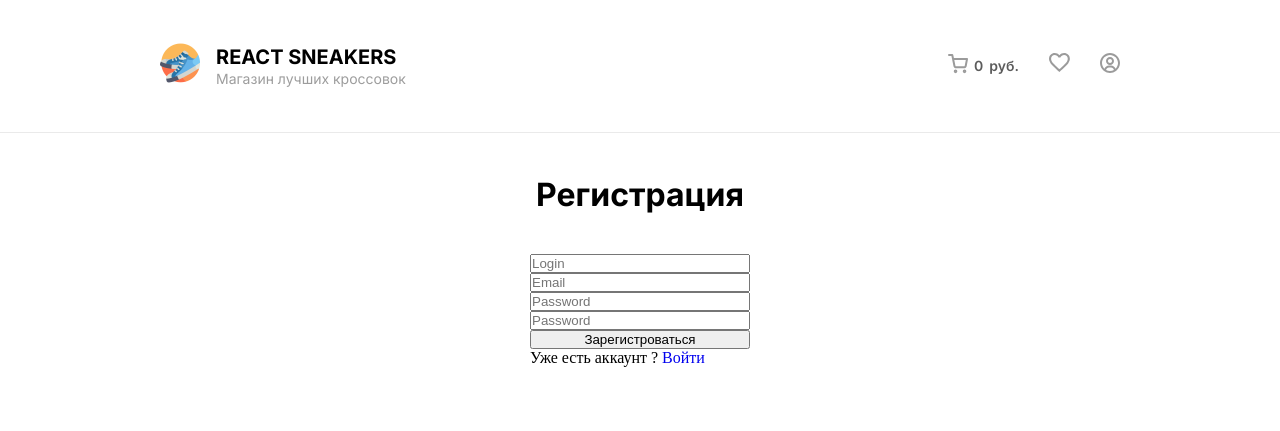
Repository: maxbirimkulov/sneakers20
Page: src/pages/register.html
An editor plug-in stored every save of this project. The page is shown before and after the next save, followed by the edit.
The browser window is 1280 px wide. The pictures show the whole page.
The style sheet was rebuilt from its Sass, Less or Tailwind sources for each picture, by a compiler version that may differ from the author's.

Above is the page before, as saved 2022-11-12 20:48:27.

After the next save:
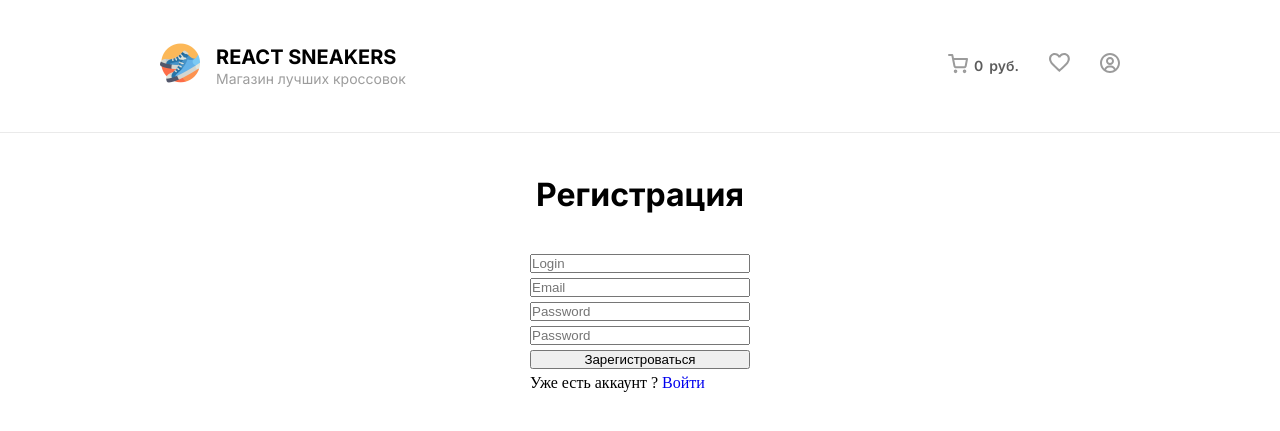
Saved 52 s later.
--- a/src/css/_register.scss
+++ b/src/css/_register.scss
@@ -10,5 +10,6 @@
     flex-direction: column;
     justify-content: center;
     max-width: 220px;
+    gap: 5px;
   }
 }
